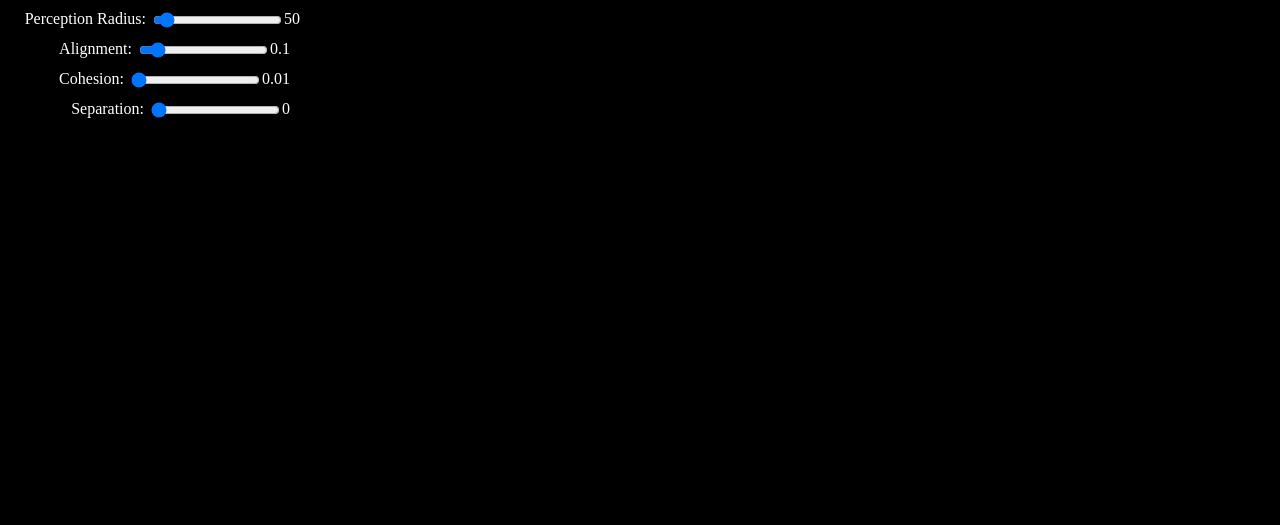
Repository: eltonsampaio12/boids
Page: index.html
An editor plug-in stored every save of this project. The page is shown before and after the next save, followed by the edit.
The browser window is 1280 px wide. The pictures show the whole page.

Above is the page before, as saved 2024-02-01 00:07:53.
Not found: main.ts

### index.html
<!DOCTYPE html>
<html lang="en">
  <head>
    <meta charset="utf-8" />
    <title>My first three.js app</title>
    <style>
      body {
        margin: 0;
        background-color: black;
      }
      .perceptionRadiusLabel,
      .alignmentLabel,
      .cohesionLabel,
      .separationLabel {
        color: white;
        margin-right: 5px;
      }

      .parameterParent {
        display: flex;
        justify-content: flex-end;
        margin-left: 10px;
        margin-top: 10px;
      }

      .parameterValue {
        color: white;
        margin-right: 10px;
      }

      span {
        color: white;
      }
      .container {
        width: 300px;
      }
    </style>
  </head>
  <body>
    <script type="module" src="/main.ts"></script>

    <div class="container">
      <div class="parameterParent">
        <label class="perceptionRadiusLabel" for="perceptionRadiusSlider"
          >Perception Radius:</label
        >
        <input
          type="range"
          id="perceptionRadiusSlider"
          min="0"
          max="1000"
          value="50"
          step="1"
        />
        <span id="perceptionRadiusValue">50</span>
      </div>

      <div class="parameterParent">
        <label class="alignmentLabel" for="alignmentSlider">Alignment:</label>
        <input
          type="range"
          id="alignmentSlider"
          min="0"
          max="1"
          value="0.1"
          step="0.1"
        />
        <span class="parameterValue" id="alignmentValue">0.1</span>
      </div>

      <div class="parameterParent">
        <label class="cohesionLabel" for="cohesionSlider">Cohesion:</label>
        <input
          type="range"
          id="cohesionSlider"
          min="0"
          max="1"
          value="0.01"
          step="0.1"
        />
        <span class="parameterValue" id="cohesionValue">0.01</span>
      </div>

      <div class="parameterParent">
        <label class="separationLabel" for="separationSlider"
          >Separation:</label
        >
        <input
          type="range"
          id="separationSlider"
          min="0"
          max="100"
          value="0"
          step="0.1"
        />
        <span class="parameterValue" id="separationValue">0</span>
      </div>
    </div>
  </body>
</html>

After the next save:
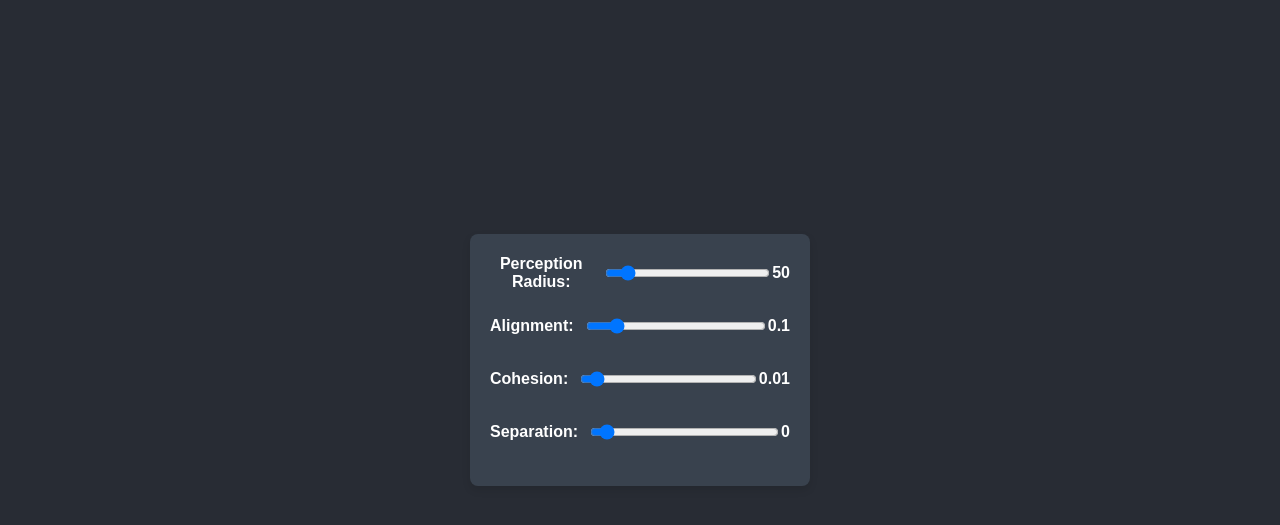
Saved 51 s later.
--- a/index.html
+++ b/index.html
@@ -6,33 +6,46 @@
     <style>
       body {
         margin: 0;
-        background-color: black;
+        background-color: #282c34;
+        color: white;
+        font-family: "Arial", sans-serif;
+        display: flex;
+        align-items: center;
+        justify-content: center;
+        height: 100vh;
       }
-      .perceptionRadiusLabel,
-      .alignmentLabel,
-      .cohesionLabel,
-      .separationLabel {
-        color: white;
-        margin-right: 5px;
+
+      .container {
+        width: 300px;
+        padding: 20px;
+        background-color: #39424e;
+        border-radius: 8px;
+        box-shadow: 0 4px 8px rgba(0, 0, 0, 0.1);
+        text-align: center;
       }
 
       .parameterParent {
         display: flex;
-        justify-content: flex-end;
-        margin-left: 10px;
-        margin-top: 10px;
+        justify-content: space-between;
+        align-items: center;
+        margin-bottom: 15px;
       }
 
-      .parameterValue {
-        color: white;
+      label {
         margin-right: 10px;
+        font-weight: bold;
+      }
+
+      input {
+        width: 70%;
+        padding: 8px;
+        border: 1px solid #ccc;
+        border-radius: 4px;
+        outline: none;
       }
 
       span {
-        color: white;
-      }
-      .container {
-        width: 300px;
+        font-weight: bold;
       }
     </style>
   </head>
@@ -41,9 +54,7 @@
 
     <div class="container">
       <div class="parameterParent">
-        <label class="perceptionRadiusLabel" for="perceptionRadiusSlider"
-          >Perception Radius:</label
-        >
+        <label for="perceptionRadiusSlider">Perception Radius:</label>
         <input
           type="range"
           id="perceptionRadiusSlider"
@@ -56,7 +67,7 @@
       </div>
 
       <div class="parameterParent">
-        <label class="alignmentLabel" for="alignmentSlider">Alignment:</label>
+        <label for="alignmentSlider">Alignment:</label>
         <input
           type="range"
           id="alignmentSlider"
@@ -65,11 +76,11 @@
           value="0.1"
           step="0.1"
         />
-        <span class="parameterValue" id="alignmentValue">0.1</span>
+        <span id="alignmentValue">0.1</span>
       </div>
 
       <div class="parameterParent">
-        <label class="cohesionLabel" for="cohesionSlider">Cohesion:</label>
+        <label for="cohesionSlider">Cohesion:</label>
         <input
           type="range"
           id="cohesionSlider"
@@ -78,13 +89,11 @@
           value="0.01"
           step="0.1"
         />
-        <span class="parameterValue" id="cohesionValue">0.01</span>
+        <span id="cohesionValue">0.01</span>
       </div>
 
       <div class="parameterParent">
-        <label class="separationLabel" for="separationSlider"
-          >Separation:</label
-        >
+        <label for="separationSlider">Separation:</label>
         <input
           type="range"
           id="separationSlider"
@@ -93,7 +102,7 @@
           value="0"
           step="0.1"
         />
-        <span class="parameterValue" id="separationValue">0</span>
+        <span id="separationValue">0</span>
       </div>
     </div>
   </body>
